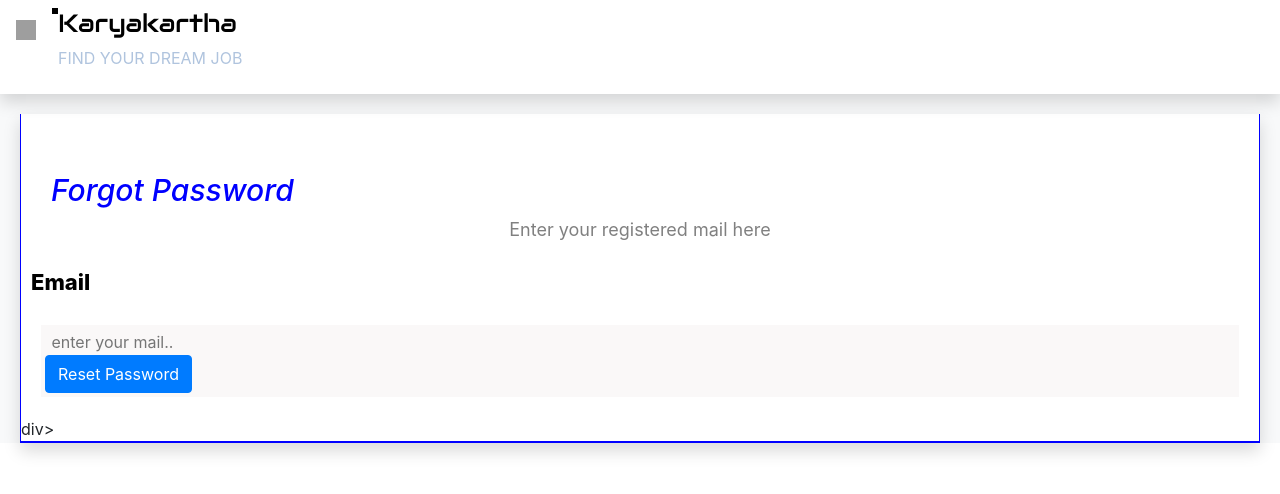
Repository: siri548/Karyakartha
Page: forgotPage.html
An editor plug-in stored every save of this project. The page is shown before and after the next save, followed by the edit.
The browser window is 1280 px wide. The pictures show the whole page.
Pictures or frames that could not be fetched are drawn as grey boxes.

Above is the page before, as saved 2023-11-04 17:52:43.
Console error (its wording comes from the project's code and is left out).

After the next save:
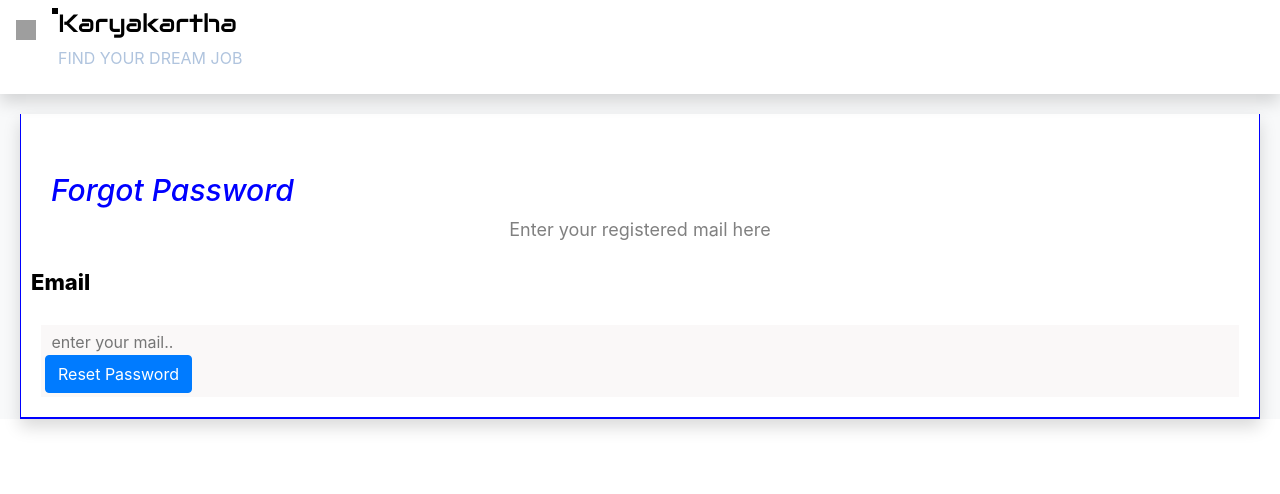
Saved 5 s later.
--- a/forgotPage.html
+++ b/forgotPage.html
@@ -66,7 +66,7 @@
                 </div>
 
                 <button class="btn btn-primary">Reset Password</button>
-            </div>div>
+            </div>
         </div>
     </div>
 </body>
